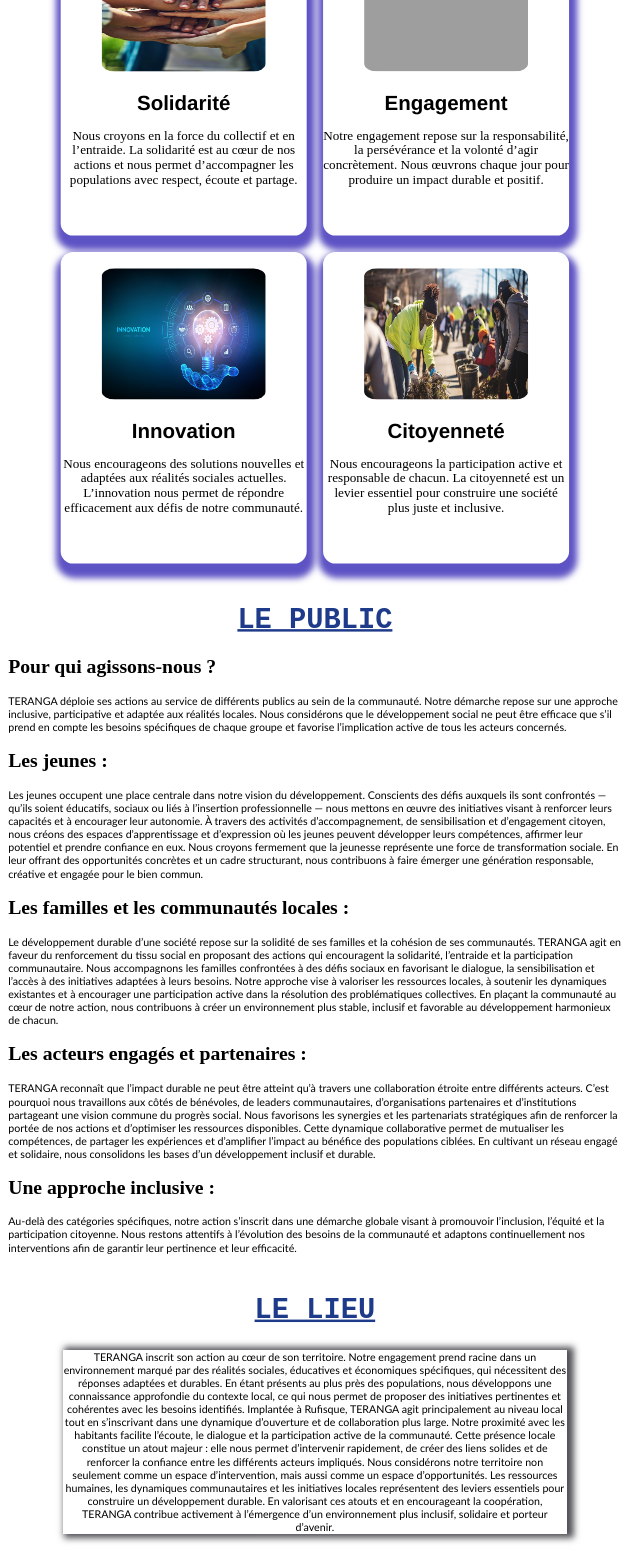
Repository: assanendao171/projet-teranga
Page: propos.html
The author's editor kept a copy of each file at every save. The page is drawn from the files as they stood at one save, then again after the next save.
The browser window is 768 px wide. The pictures show the part of the page from y = 1410 to 3310 px (the page is 4161 px tall before and 4181 px after), at 82% of full size.
Pictures or frames that could not be fetched are drawn as grey boxes.

Above is the page before, as saved 2026-02-13 16:36:34.

### propos.html
<!doctype html>
<html lang="en">
  <head>
    <meta charset="UTF-8" />
    <meta name="viewport" content="width=device-width, initial-scale=1.0" />
    <title>Document</title>
    <link rel="stylesheet" href="propos.css" />
  </head>
  <body>
    <!-- l'entete -->
    <header>
      <!-- logo -->
      <div class="contain-logo">
        <img src="image/logo.jpeg" alt="" class="logo" />
      </div>
      <div class="btn-nav">
        <nav>
          <a href="acceuil.html" target="_blank">ACCEUIL</a>
          <a href="equipe.html" target="_blank">NOTRE EQUIPE</a>
          <a href="propos.html" target="_blank">A PROPOS</a>
          <a href="contact.html" target="_blank">CONTACT</a>
        </nav>
      </div>
    </header>
    <!-- corps -->
    <main>
      <!-- section histoire -->
      <h1 id="histoire">NOTRE HISTOIRE</h1>
      <div class="contain-histoire">
                <img
          src="image/histoireImage.jpeg"
          alt="photo histoire"
          class="photo-histoire" />
        <p id="p-histoire">
          L'association TERANGA a vu le jour en Avril 2024 dans le département
          de Rufisque . Depuis sa création , elle s'est illustrée par des
          activités éducatives , culturelles et citoyennes .Face aux défis
          sociaux et éducatifs rencontrés dans notre environnement, un groupe de
          jeunes engagés a décidé d’agir concrètement. Ce qui a commencé comme
          une initiative locale est progressivement devenu un mouvement
          structuré, porté par la solidarité, l’engagement et l’innovation.
          Aujourd’hui, TERANGA poursuit son développement avec la même
          conviction : contribuer activement à un avenir plus juste, inclusif et
          durable. A travers des initiatives de promotion de la lecture ,
          d'animations culturelles et d'actions environnementales comme le
          nettoyage des écoles , TERANGA s'engage activement a améliorer le
          cadre de sa vie a renforcer l'éducation et la solidarité au sein de la
          communauté.Aujourd’hui, TERANGA poursuit son développement avec
          détermination. Chaque action menée, chaque partenariat construit et
          chaque initiative lancée s’inscrivent dans une vision claire :
          contribuer activement à un avenir plus juste, inclusif et durable
        </p>

      </div>
      <h1 id="valeur">NOS VALEURS</h1>
      <div class="contain-valeur">
        <img src="image/photo-valeur.png" alt="" class="photo-valeur" />
      </div>
      <div class="contain-image">
        <div class="image1">
          <img
            src="image/solidatité.jpg"
            alt="aide social"
            class="image-aide" />
          <span id="texte-aide-social">Solidarité</span>
          <p>
            Nous croyons en la force du collectif et en l’entraide. La
            solidarité est au cœur de nos actions et nous permet d’accompagner
            les populations avec respect, écoute et partage.
          </p>
        </div>
        <!-- ____________________ -->
        <div class="image1">
          <img src="image/engagement.jpg" alt="education" class="image-aide" />
          <span id="texte-aide-social">Engagement</span>
          <p>
            Notre engagement repose sur la responsabilité, la persévérance et la
            volonté d’agir concrètement. Nous œuvrons chaque jour pour produire
            un impact durable et positif.
          </p>
        </div>
        <!-- ___________________________________ -->
        <div class="image1">
          <img
            src="image/innovation.jpg"
            alt="environnement"
            class="image-aide" />
          <span id="texte-aide-social">Innovation</span>
          <p>
            Nous encourageons des solutions nouvelles et adaptées aux réalités
            sociales actuelles. L’innovation nous permet de répondre
            efficacement aux défis de notre communauté.
          </p>
          <!-- ______________________________________________ -->
        </div>
        <div class="image1">
          <img
            src="image/citoyennete.jpg"
            alt="environnement"
            class="image-aide" />
          <span id="texte-aide-social">Citoyenneté</span>
          <p>
            Nous encourageons la participation active et responsable de chacun.
            La citoyenneté est un levier essentiel pour construire une société
            plus juste et inclusive.
          </p>
          <!-- ______________________________________________ -->
        </div>
      </div>

      <!-- le public -->
      <div class="containt-public">
        <h1 id="public">LE PUBLIC</h1>
        <h2>Pour qui agissons-nous ?</h2>
        <p class="p-public">
          TERANGA déploie ses actions au service de différents publics au sein
          de la communauté. Notre démarche repose sur une approche inclusive,
          participative et adaptée aux réalités locales. Nous considérons que le
          développement social ne peut être efficace que s’il prend en compte
          les besoins spécifiques de chaque groupe et favorise l’implication
          active de tous les acteurs concernés.
        </p>
        <h2>Les jeunes :</h2>
        <p class="p-public">
          Les jeunes occupent une place centrale dans notre vision du
          développement. Conscients des défis auxquels ils sont confrontés —
          qu’ils soient éducatifs, sociaux ou liés à l’insertion professionnelle
          — nous mettons en œuvre des initiatives visant à renforcer leurs
          capacités et à encourager leur autonomie. À travers des activités
          d’accompagnement, de sensibilisation et d’engagement citoyen, nous
          créons des espaces d’apprentissage et d’expression où les jeunes
          peuvent développer leurs compétences, affirmer leur potentiel et
          prendre confiance en eux. Nous croyons fermement que la jeunesse
          représente une force de transformation sociale. En leur offrant des
          opportunités concrètes et un cadre structurant, nous contribuons à
          faire émerger une génération responsable, créative et engagée pour le
          bien commun.
        </p>
        <h2>Les familles et les communautés locales :</h2>
        <p class="p-public">
          Le développement durable d’une société repose sur la solidité de ses
          familles et la cohésion de ses communautés. TERANGA agit en faveur du
          renforcement du tissu social en proposant des actions qui encouragent
          la solidarité, l’entraide et la participation communautaire. Nous
          accompagnons les familles confrontées à des défis sociaux en
          favorisant le dialogue, la sensibilisation et l’accès à des
          initiatives adaptées à leurs besoins. Notre approche vise à valoriser
          les ressources locales, à soutenir les dynamiques existantes et à
          encourager une participation active dans la résolution des
          problématiques collectives. En plaçant la communauté au cœur de notre
          action, nous contribuons à créer un environnement plus stable,
          inclusif et favorable au développement harmonieux de chacun.
        </p>
        <h2>Les acteurs engagés et partenaires :</h2>
        <p class="p-public">
          TERANGA reconnaît que l’impact durable ne peut être atteint qu’à
          travers une collaboration étroite entre différents acteurs. C’est
          pourquoi nous travaillons aux côtés de bénévoles, de leaders
          communautaires, d’organisations partenaires et d’institutions
          partageant une vision commune du progrès social. Nous favorisons les
          synergies et les partenariats stratégiques afin de renforcer la portée
          de nos actions et d’optimiser les ressources disponibles. Cette
          dynamique collaborative permet de mutualiser les compétences, de
          partager les expériences et d’amplifier l’impact au bénéfice des
          populations ciblées. En cultivant un réseau engagé et solidaire, nous
          consolidons les bases d’un développement inclusif et durable.
        </p>
        <h2>Une approche inclusive :</h2>
        <p class="p-public">
          Au-delà des catégories spécifiques, notre action s’inscrit dans une
          démarche globale visant à promouvoir l’inclusion, l’équité et la
          participation citoyenne. Nous restons attentifs à l’évolution des
          besoins de la communauté et adaptons continuellement nos interventions
          afin de garantir leur pertinence et leur efficacité.
        </p>
      </div>
      <div>
        <h1 id="lieu">LE LIEU</h1>
      </div>
      <div class="contain-lieu">
        <p id="p-lieu">
          TERANGA inscrit son action au cœur de son territoire. Notre engagement
          prend racine dans un environnement marqué par des réalités sociales,
          éducatives et économiques spécifiques, qui nécessitent des réponses
          adaptées et durables. En étant présents au plus près des populations,
          nous développons une connaissance approfondie du contexte local, ce
          qui nous permet de proposer des initiatives pertinentes et cohérentes
          avec les besoins identifiés. Implantée à Rufisque, TERANGA agit
          principalement au niveau local tout en s’inscrivant dans une dynamique
          d’ouverture et de collaboration plus large. Notre proximité avec les
          habitants facilite l’écoute, le dialogue et la participation active de
          la communauté. Cette présence locale constitue un atout majeur : elle
          nous permet d’intervenir rapidement, de créer des liens solides et de
          renforcer la confiance entre les différents acteurs impliqués. Nous
          considérons notre territoire non seulement comme un espace
          d’intervention, mais aussi comme un espace d’opportunités. Les
          ressources humaines, les dynamiques communautaires et les initiatives
          locales représentent des leviers essentiels pour construire un
          développement durable. En valorisant ces atouts et en encourageant la
          coopération, TERANGA contribue activement à l’émergence d’un
          environnement plus inclusif, solidaire et porteur d’avenir.
        </p>
        <iframe
          src="https://www.google.com/maps/embed?pb=!1m18!1m12!1m3!1d15435.790002337535!2d-17.281228760870015!3d14.715560226542413!2m3!1f0!2f0!3f0!3m2!1i1024!2i768!4f13.1!3m3!1m2!1s0xec19fc137980b03%3A0x2f17ba47ed9b2b44!2sRufisque!5e0!3m2!1sfr!2ssn!4v1770901932337!5m2!1sfr!2ssn"
          width="600"
          height="450"
          style="border: 0"
          allowfullscreen=""
          loading="lazy"
          referrerpolicy="no-referrer-when-downgrade"></iframe>
      </div>
    </main>

    <footer>
      <nav class="btn-footer">
        <a href="acceuil.html" target="_blank">ACCEUIL</a>
        <a href="equipe.html" target="_blank">NOTRE EQUIPE</a>
        <a href="propos.html" target="_blank">A PROPOS</a>
        <a href="contact.html" target="_blank">CONTACT</a>
      </nav>
      <div class="contain-footer">
        <div class="liste-footer">
          <h4>Nos domaines d'action</h4>
          <ul>
            <li>Formation en informatique</li>
            <li>Apprentissage de l’anglais</li>
            <li>Aide sociale</li>
            <li>Actions communautaires</li>
          </ul>
        </div>
        <div class="copyright">
          <p>&copy;2026 Association TERANGA – Tous droits réservés</p>
        </div>
        <div class="contact">
          <ul>
            <li>📍 Rufisque, Sénégal</li>
            <li>📞 +221 77 926 43 67</li>
          </ul>
        </div>
      </div>
    </footer>
  </body>
</html>

### propos.css
body{
    margin: 15px 0 5px 0;
    background-color: #fffffff5;
}
header{
width: 100%;
height: 80px;
background-color: #FFFFFF;
box-shadow: 2px 6px 6px 6px rgba(0, 0, 0, 0.1);
display: flex;
align-items: center;
justify-content: center;
gap: 800px;
}
nav a{
    margin: 15px;
    color: #1E3A8A;
    text-decoration: none;
    font-size: 15px;
    font-weight:900;
}
nav a:hover{
    text-decoration: underline;
}
.logo{
    width: 80px;
left: 10px;
}


/* section histoire */
#histoire{
        color: #1E3A8A;

    text-align: center;
    font-size: 35px;
font-family: 'Courier New', Courier, monospace;
text-decoration: underline;

}
.contain-histoire{
    display: flex;
    gap: 25px;
}
#p-histoire{
    text-align: center;
    font-size: 18px;
font-family: 'Courier New', Courier, monospace;
margin: 5px ;
   width: 50%;
    box-shadow: 5px 1px 8px 4px rgba(31, 30, 37, 0.781);
}
.photo-histoire{
    width: 50%;
    height: 400px;
}
#valeur{
        color: #1E3A8A;

    text-align: center;
    font-size: 35px;
font-family: 'Courier New', Courier, monospace;
text-decoration: underline;

}
.photo-valeur{
    width: 40%;
    height: 350px;
border-radius: 50%;
    box-shadow: 1px 1px 8px 4px rgba(31, 30, 37, 0.781);
}
.contain-valeur{
    display: flex;
    flex-direction: row;
    justify-content: center;
}

.contain-image{
    padding-top: 30px;
    display: flex;
    gap: 20px;
    text-align: center;
    justify-content: center;
    align-items: center;
}
.image1{
    width: 300px;
    height: 380px;
    text-align: center;
    background-color: rgb(255, 255, 255);
    border-radius: 15px;
    box-shadow: 2px 10px 8px 8px rgba(49, 34, 180, 0.781);
    color: #000000;

}
.image-aide{
        width: 240px;
    height: 200px;
    padding: 20px;
    border-radius: 15%;
}
.image-aide:hover{
    transition: 0.5s;
    transform: scale(1.1);
}
#texte-aide-social{
        font-size: 25px;
        font-weight:bold;
font-family:'Franklin Gothic Medium', 'Arial Narrow', Arial, sans-serif
}
#public{
        color: #1E3A8A;
padding-top: 25px;
    text-align: center;
    font-size: 35px;
font-family: 'Courier New', Courier, monospace;
text-decoration: underline;
}
.containt-public{
    margin: 10px;
}
.p-public{
    font-size: 18px;
font-family:'Trebuchet MS', 'Lucida Sans Unicode', 'Lucida Grande', 'Lucida Sans', Arial, sans-serif
}
#lieu{
        color: #1E3A8A;
padding-top: 25px;
    text-align: center;
    font-size: 35px;
font-family: 'Courier New', Courier, monospace;
text-decoration: underline;
}


.contain-lieu{
    display: flex;
    gap: 25px;
}
#p-lieu{
    text-align: center;
    font-size: 18px;
font-family: 'Courier New', Courier, monospace;
margin: 5px ;
   width: 50%;
    box-shadow: 5px 1px 8px 4px rgba(31, 30, 37, 0.781);
}
.ifram-lieu{
    width: 50%;
    height: 370px;
}





footer{
    background-color: #2D3748;
    width: 100%;
    height: 230px;
    margin-top: 20px;
}
.btn-footer{
    display: flex;
    flex-direction: row;
    justify-content: center;

}
.btn-footer a{
    padding: px;
    color: #FFFFFF;
    margin: 10x;
    font-size: 15px;
}
.liste-footer{
    margin-left: 10px;
        color: #FFFFFF;

}
.contact{
    display: flex;
    flex-direction: row;
    justify-content: flex-end;
    color: #FFFFFF;
}
.contain-footer{
    display: flex;
    flex-direction: row;
    justify-content: space-between;
}
.copyright{
        color: #FFFFFF;
    font-size: 22px;
    display: flex;
    flex-direction: column;
    justify-content: flex-end;
}


/* mediaquery pour mobile*/
@media screen and (max-width: 768px) {
  * {
    box-sizing: border-box;
  }
  html,
  body {
    width: 100%;
    overflow-x: hidden;
  }
  header {
    width: 100%;
    height: auto;
    background-color: #ffffff;
    box-shadow: 2px 6px 6px 6px rgba(0, 0, 0, 0.1);
    gap: 10px;
    display: flex;
    flex-direction: column;
    justify-content: space-between;
    align-items: center;
    padding: 10px 20px;
  }

  nav {
    display: flex;
    flex-direction: column;
    justify-content: center;
    align-items: center;
  }
  nav a {
    margin: 15px;
    color: #1e3a8a;
    text-decoration: none;
    font-size: 15px;
    font-weight: 900;
  }
  nav a:hover {
    text-decoration: underline;
  }
.contain-histoire{
    display: flex;
    flex-direction: column;
    justify-content: center;
    align-items: center;
    gap: 25px;
}

#p-histoire{
    text-align: center;
    font-size: 15px;
font-family:'Segoe UI', Tahoma, Geneva, Verdana, sans-serif;
line-height: 30px;
margin: 5px ;
   width: 50%;
    box-shadow: 5px 1px 8px 4px rgba(31, 30, 37, 0.781);
    width: 80%;
}
.photo-histoire{
    width: 80%;
    height: 250px;
}
.photo-valeur{
    width: 60%;
    height: 300px;
border-radius: 50%;
    box-shadow: 1px 1px 8px 4px rgba(31, 30, 37, 0.781);
}


.contain-image{
    padding-top: 30px;
    display: flex;
    gap: 20px;
    text-align: center;
    justify-content: center;
    align-items: center;
    flex-wrap: wrap;
}
.image1{
    width: 300px;
    height: 380px;
    text-align: center;
    background-color: rgb(255, 255, 255);
    border-radius: 15px;
    box-shadow: 2px 10px 8px 8px rgba(49, 34, 180, 0.781);
    color: #000000;

}
.image-aide{
        width: 240px;
    height: 200px;
    padding: 20px;
    border-radius: 15%;
}
.image-aide:hover{
    transition: 0.5s;
    transform: scale(1.1);
}
#texte-aide-social{
        font-size: 25px;
        font-weight:bold;
font-family:'Franklin Gothic Medium', 'Arial Narrow', Arial, sans-serif
}
.p-public{
    font-size: 13px;
font-family:'Trebuchet MS', 'Lucida Sans Unicode', 'Lucida Grande', 'Lucida Sans', Arial, sans-serif
}

.contain-lieu{
    display: flex;

    flex-direction: column;
    justify-content: center;
    align-items: center;

}
#p-lieu{
    text-align: center;
    font-size: 13px;
font-family:'Trebuchet MS', 'Lucida Sans Unicode', 'Lucida Grande', 'Lucida Sans', Arial, sans-serif;
margin: 5px ;
   width: 80%;
    box-shadow: 5px 1px 8px 4px rgba(31, 30, 37, 0.781);
}
.ifram-lieu{
    width: 50%;
    height: 370px;
}
footer {
    display: flex;
  background-color: #2d3748;
  width: 100%;
  height: auto;
  margin-top: 20px;
  flex-direction: column;
  justify-content: center;
  align-items: center;
}
.contain-footer{
    display: flex;
    flex-direction: column;
    align-items: center;
    gap: 20px;
}

.bloc-footer{
    display: flex;
    flex-direction: column;
    align-items: center;
    text-align: center;
    gap: 25px;

}
.liste-footer ul,
.contact ul{
    padding: 0;
}
}



/* media query tablette */
@media (min-width: 768px) {
  * {
    box-sizing: border-box;
  }
  html,
  body {
    width: 100%;
    overflow-x: hidden;
  }
  header {
    width: 100%;
    height: auto;
    background-color: #ffffff;
    box-shadow: 2px 6px 6px 6px rgba(0, 0, 0, 0.1);
    gap: 10px;
    display: flex;
    flex-direction: row;
    justify-content: space-between;
    align-items: center;
    padding: 10px 20px;
  }

  nav {
    display: flex;
    flex-direction: row;
    justify-content: center;
    align-items: center;
  }

footer {
    display: flex;
  background-color: #2d3748;
  width: 100%;
  height: auto;
  margin-top: 20px;
  flex-direction: column;
  justify-content: center;
  align-items: center;
}
.contain-footer{
    display: flex;
    flex-direction: column;
    align-items: center;
    gap: 20px;
}

.bloc-footer{
    display: flex;
    flex-direction: column;
    align-items: center;
    text-align: center;
    gap: 25px;

}
.liste-footer ul,
.contact ul{
    padding: 0;
}
}

After the next save:
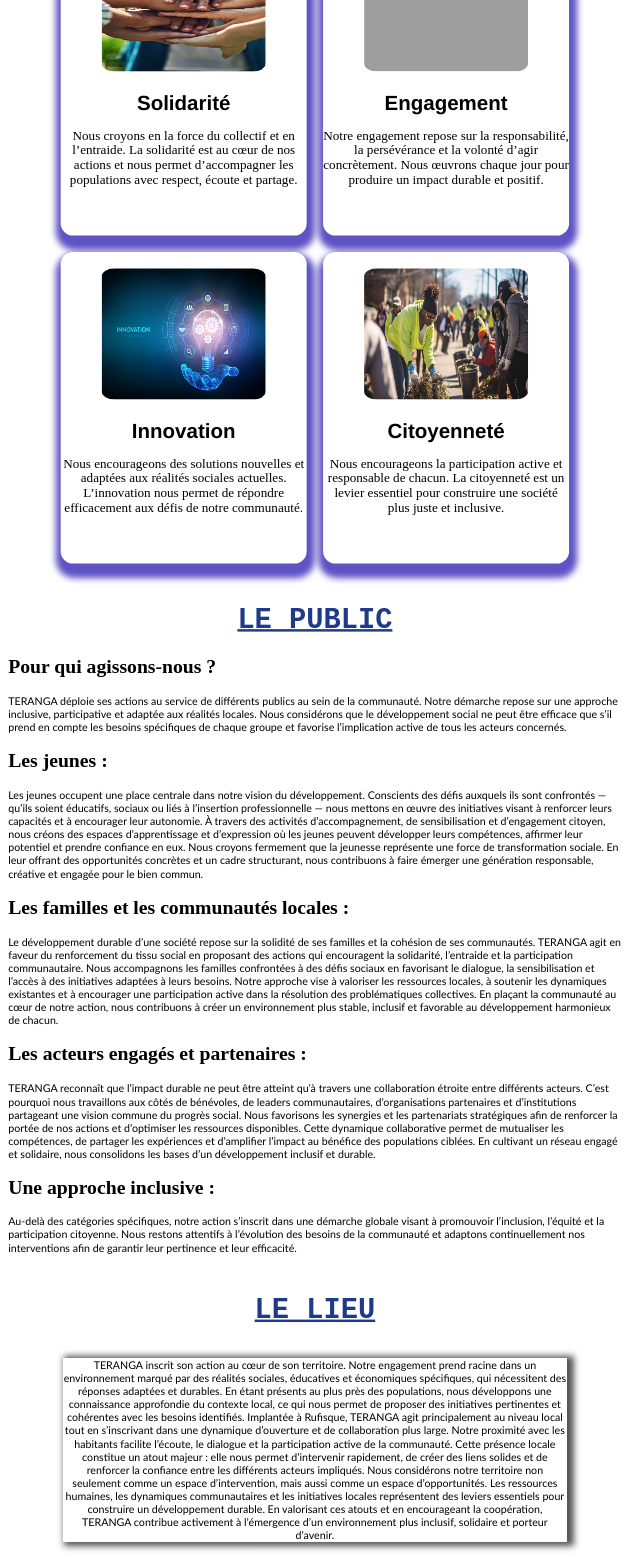
Saved 20 s later.
--- a/propos.css
+++ b/propos.css
@@ -317,7 +317,7 @@
     text-align: center;
     font-size: 13px;
 font-family:'Trebuchet MS', 'Lucida Sans Unicode', 'Lucida Grande', 'Lucida Sans', Arial, sans-serif;
-margin: 5px ;
+margin: 15px ;
    width: 80%;
     box-shadow: 5px 1px 8px 4px rgba(31, 30, 37, 0.781);
 }

After the save that followed:
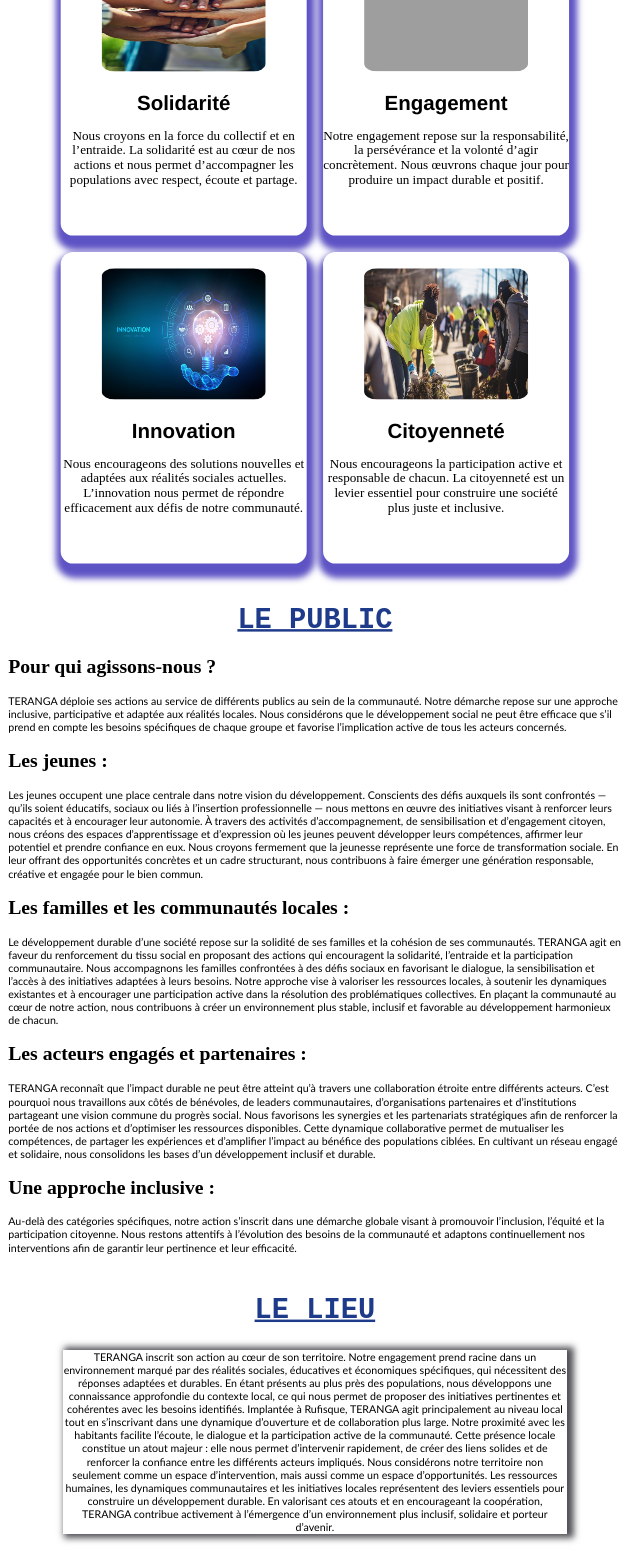
Saved 13 s later.
--- a/propos.css
+++ b/propos.css
@@ -317,7 +317,7 @@
     text-align: center;
     font-size: 13px;
 font-family:'Trebuchet MS', 'Lucida Sans Unicode', 'Lucida Grande', 'Lucida Sans', Arial, sans-serif;
-margin: 15px ;
+margin: 5px ;
    width: 80%;
     box-shadow: 5px 1px 8px 4px rgba(31, 30, 37, 0.781);
 }
